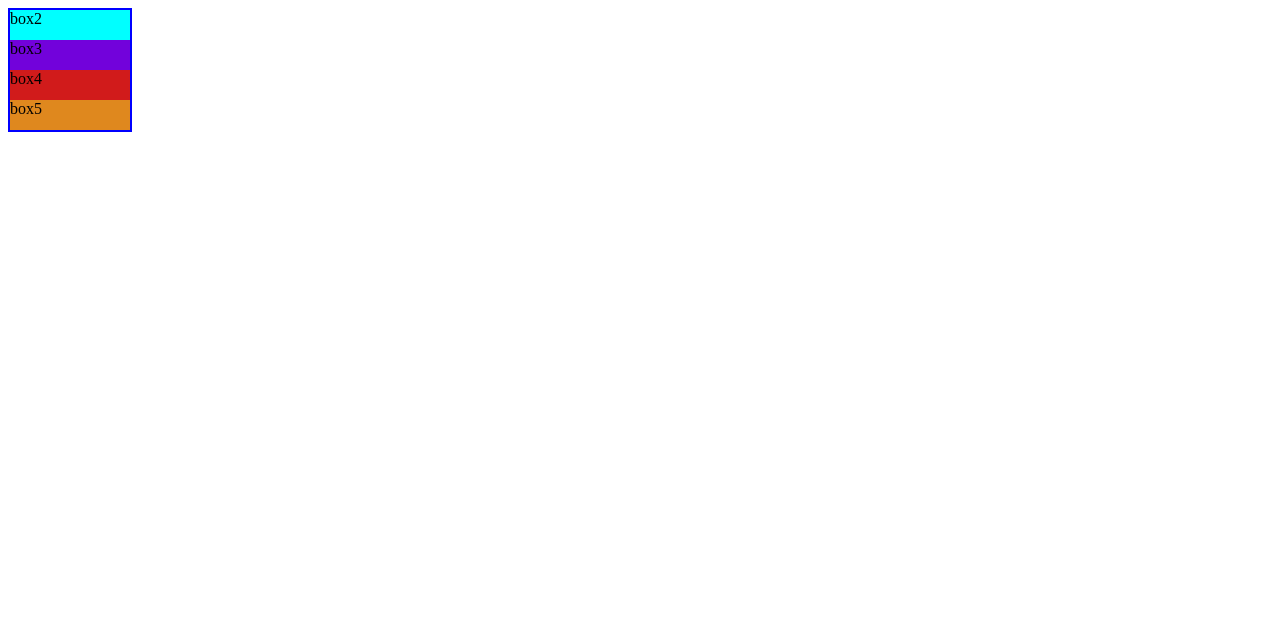
Repository: ABDUSALIMSUBAHIELBASHI/full-html-css-js
Page: Desktop/coding/css/indexday2.html
These files come from the project's save history. The page is drawn as it stood at one moment and after the next save; the edit follows.
The browser window is 1280 px wide. The pictures show the whole page.

Above is the page before, as saved 2025-09-16 10:44:16.

### Desktop/coding/css/indexday2.html
<!DOCTYPE html>
<html lang="en">

<head>
    <meta charset="UTF-8">
    <link rel="stylesheet" href="indexday2.css">

    <title>Document</title>
</head>
<body>
<div id="box" class="container">
    <div id="box" class="box2">box2</div>
    <div id="box" class="box3">box3</div>
    <div id="box" class="box4">box4</div>
    <div id="box" class="box5">box5</div>
</div>
</body>

</html>

### Desktop/coding/css/indexday2.css
.container{
    display: flex;
    /* gap: 20px; */
    justify-content:space-evenly;
    justify-items: center;
    height: 80vh;
    flex-direction: column;
    border: 2px solid blue;
}
#box{
    width: 120px;
    height: 120px;
}
.box2{
    background-color: rgb(0, 255, 255);
}
.box3{
    background-color: rgb(114, 2, 219);
}
.box4{
    background-color: #d11b1b;
}
.box5{
    background-color: rgb(223, 136, 30);
}

After the next save:
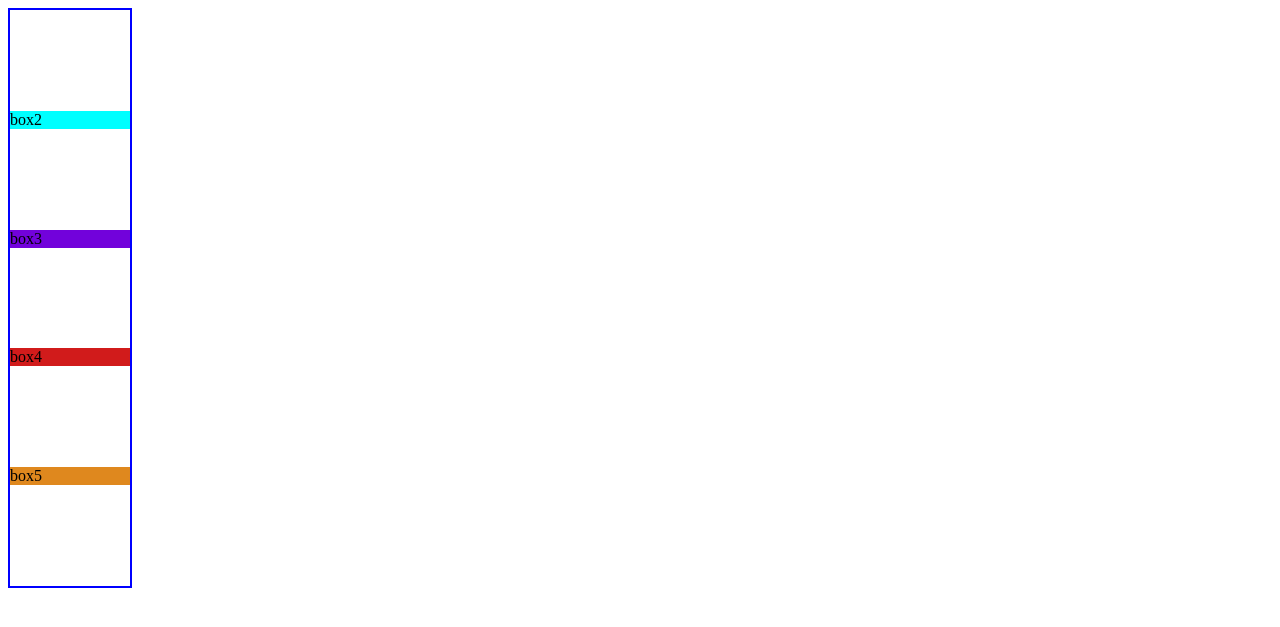
Saved 49 s later.
--- a/Desktop/coding/css/indexday2.css
+++ b/Desktop/coding/css/indexday2.css
@@ -9,7 +9,7 @@
 }
 #box{
     width: 120px;
-    height: 120px;
+
 }
 .box2{
     background-color: rgb(0, 255, 255);
